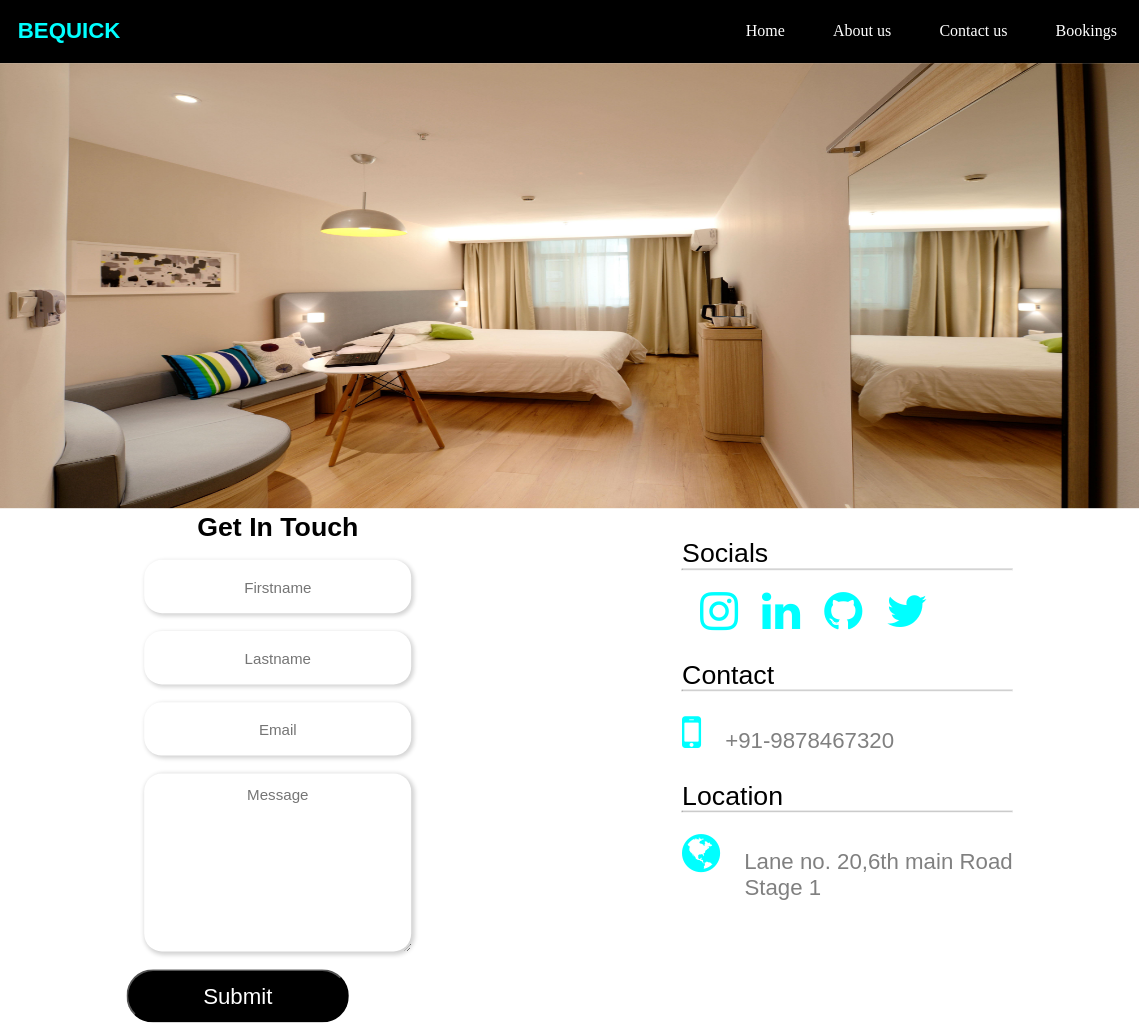
Repository: Ayushi6Sharma/BEQUICK_Hotel_Booking_Web
Page: about.html
These files come from the project's save history. The page is drawn as it stood at one moment and after the next save; the edit follows.
The browser window is 1280 px wide. The pictures show the whole page, at 89% of full size.

Above is the page before, as saved 2022-05-10 01:21:52.

After the next save:
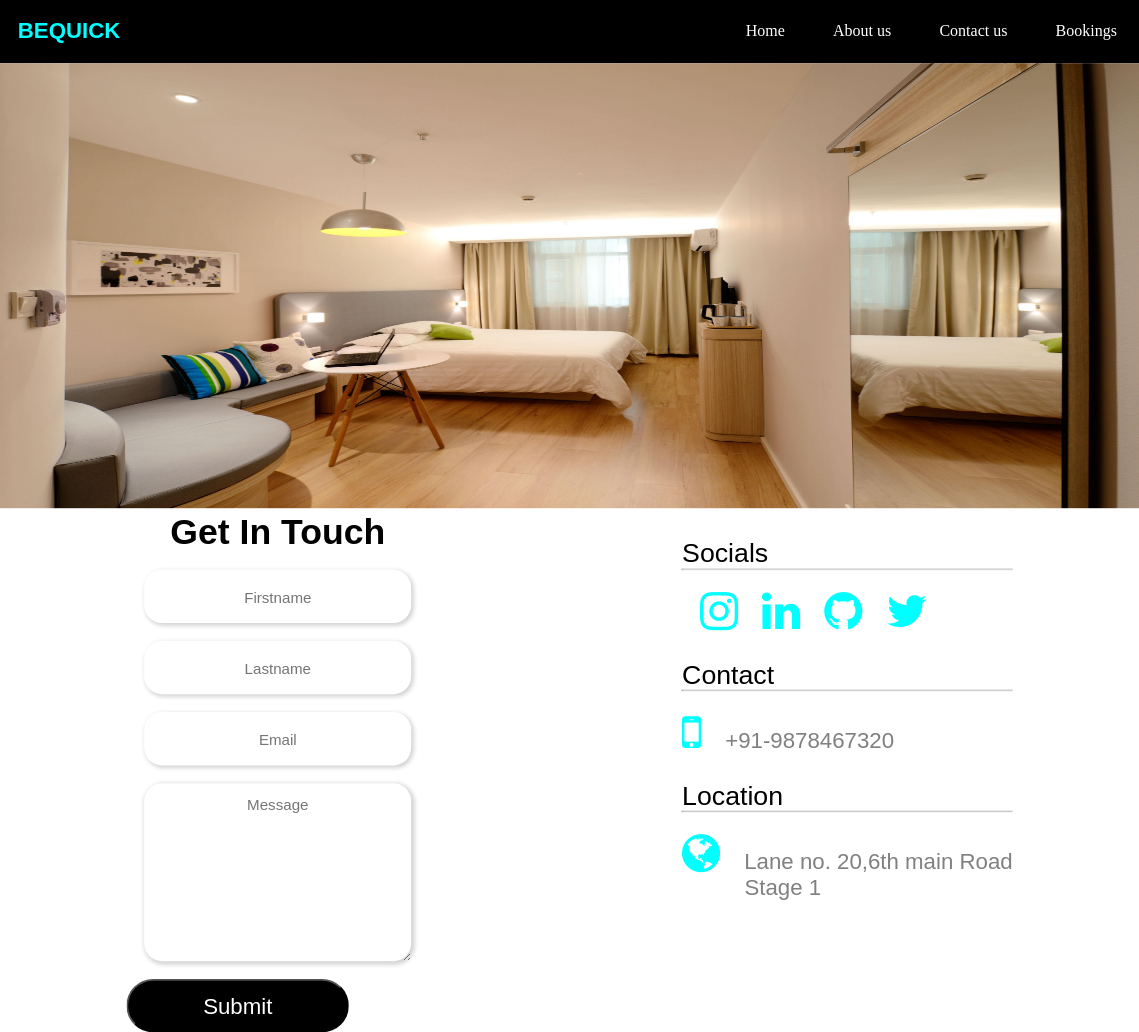
Saved 8 s later.
--- a/style/aboutstyle.css
+++ b/style/aboutstyle.css
@@ -5,7 +5,7 @@
 }
 .form-heading
 {
-    font-size: 30px;
+    font-size: 40px;
     font-weight: bold;
     font-family: sans-serif;
     text-align: center;
